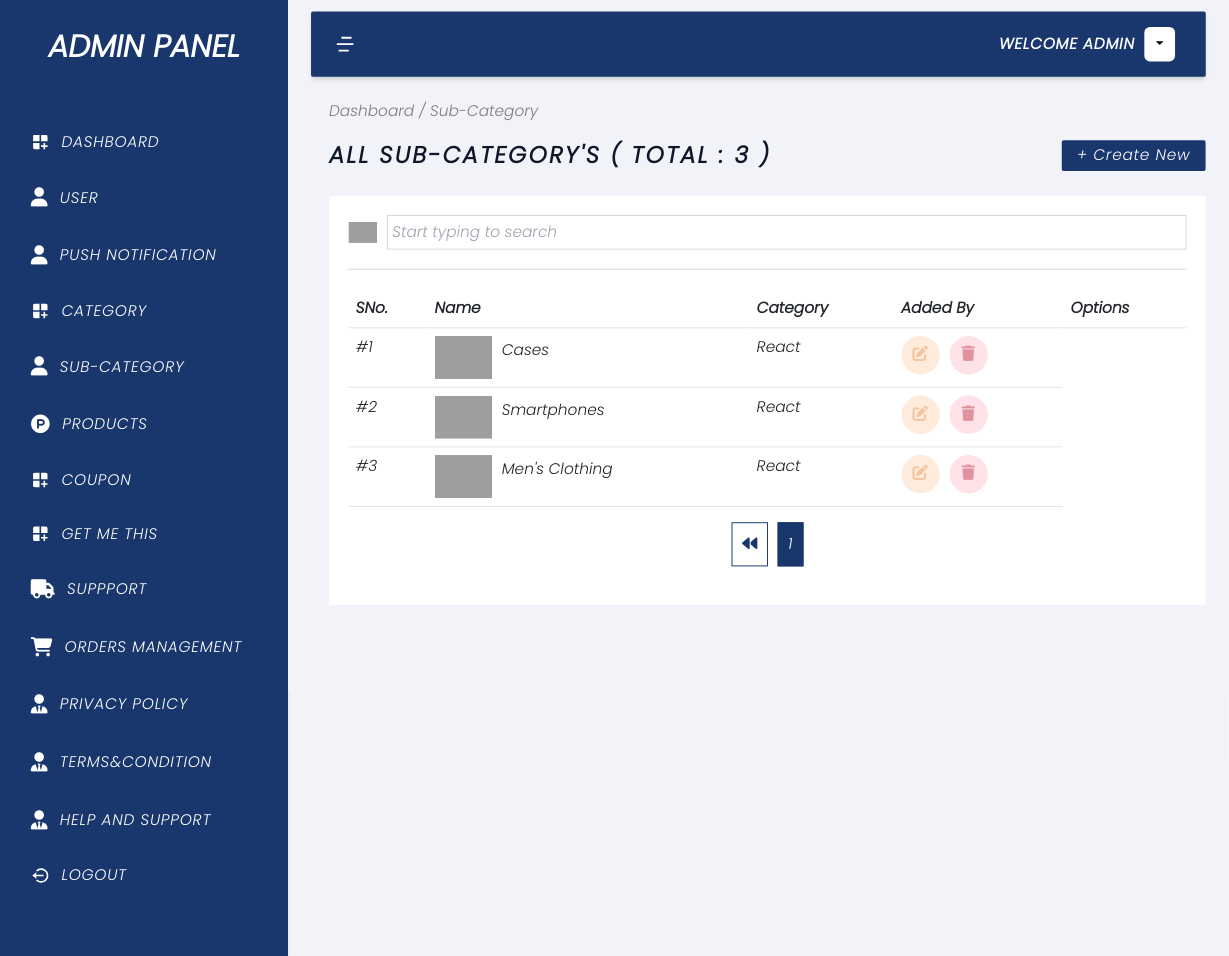
Repository: arpanmalik/project-khanna
Page: /sub-category
The author's editor kept a copy of each file at every save. The page is drawn from the files as they stood at one save, then again after a run of saves.
The browser window is 1280 px wide. The pictures show the whole page, at 96% of full size.
Pictures or frames that could not be fetched are drawn as grey boxes. Some web libraries are served in a nearby version. The project was rebuilt for these pictures with package versions that can differ from the ones it lists, and the page was loaded fresh each time. Also part of the build but not shown: src/E-CommerceAdmin/forms/Login.jsx, src/E-CommerceAdmin/pages/Dashboard.jsx, src/E-CommerceAdmin/pages/ECategory.js, src/E-CommerceAdmin/pages/EProduct.js, src/E-CommerceAdmin/pages/EVendorList.js, src/E-CommerceAdmin/pages/EAdminOrders.js, src/E-CommerceAdmin/pages/EAdminProduct.js, src/E-CommerceAdmin/pages/EAdminDelivery.js and 11 more. Imported but missing from the stored project, and not drawn on this page: src/E-CommerceAdmin/pages/Component/SpinnerComp, src/E-CommerceVendor/forms/EVendorLogin, src/E-CommerceVendor/pages/EVCategory, src/E-CommerceVendor/pages/EVCoupon, src/E-CommerceVendor/pages/EVDashboard, src/E-CommerceVendor/pages/EVOrders, src/E-CommerceVendor/pages/EVProduct, src/E-CommerceVendor/pages/EVSubCategory.

Above is the page before, as saved 2023-05-16 15:50:01.

### public/index.html
<!-- @format -->

<!DOCTYPE html>
<html lang="en">
  <head>
    <meta charset="utf-8" />
    <meta name="viewport" content="width=device-width, initial-scale=1" />
    <meta name="theme-color" content="#000000" />
    <meta
      name="description"
      content="Web site created using create-react-app"
    />
    <link rel="manifest" href="%PUBLIC_URL%/manifest.json" />
    <link rel="preconnect" href="https://fonts.googleapis.com">
<link rel="preconnect" href="https://fonts.gstatic.com" crossorigin>
<link href="https://fonts.googleapis.com/css2?family=Roboto+Mono:ital,wght@1,300&display=swap" rel="stylesheet">
    <title>Admin Panel</title>
  </head>
  <body>
    <noscript>You need to enable JavaScript to run this app.</noscript>
    <div id="root"></div>
    <script src="https://code.jquery.com/jquery-3.6.0.min.js"></script>
    <script src="https://kit.fontawesome.com/b533b351e4.js" crossorigin="anonymous"></script>
  </body>
</html>

### src/E-CommerceAdmin/pages/EAdminCustomer.js
/** @format */

import React, { useEffect, useState } from "react";
import HOC from "../layout/HOC";
import { Table, Modal, Form, Button, Alert } from "react-bootstrap";

const EAdminCustomer = () => {
  const [modalShow, setModalShow] = React.useState(false);
  const [edit, setEdit] = useState("");

  const data = [
    {
      name: "Cases ",
      image: "https://m.media-amazon.com/images/I/51UhwaQXCpL._SX679_.jpg",
      added: "React",
      category : ""
    },
    {
      name: "Smartphones",
      image:
        "https://m.media-amazon.com/images/I/31wacBawB3L._SY445_SX342_QL70_FMwebp_.jpg",
      added: "React",
    },
    {
      name: "Men's Clothing",
      image: "https://m.media-amazon.com/images/I/71MAg1Iuy6L._UX466_.jpg",
      added: "React",
    },
  ];
  // Pagination and Filter
  const [query, setQuery] = useState("");
  const [currentPage2, setCurrentPage2] = useState(1);
  const [postPerPage2] = useState(10);
  const lastPostIndex2 = currentPage2 * postPerPage2;
  const firstPostIndex2 = lastPostIndex2 - postPerPage2;

  let pages2 = [];

  const TotolData = query
    ? data?.filter(
        (i) =>
          i?.name?.toLowerCase().includes(query?.toLowerCase()) ||
          i?.email?.toLowerCase().includes(query?.toLowerCase())
      )
    : data;

  useEffect(() => {
    if (query) {
      setCurrentPage2(1);
    }
  }, [query]);

  const slicedData = TotolData?.slice(firstPostIndex2, lastPostIndex2);

  for (let i = 1; i <= Math.ceil(TotolData?.length / postPerPage2); i++) {
    pages2.push(i);
  }

  function Next() {
    setCurrentPage2(currentPage2 + 1);
  }

  function Prev() {
    if (currentPage2 !== 1) {
      setCurrentPage2(currentPage2 - 1);
    }
  }

  function MyVerticallyCenteredModal(props) {
    return (
      <Modal
        {...props}
        size="lg"
        aria-labelledby="contained-modal-title-vcenter"
        centered
      >
        <Modal.Header closeButton>
          <Modal.Title id="contained-modal-title-vcenter">
            {" "}
            {edit ? "Edit Category" : " Create New Category"}
          </Modal.Title>
        </Modal.Header>
        <Modal.Body>
          <Form>
            <Form.Group className="mb-3">
              <Form.Label>Image</Form.Label>
              <Form.Control type="file" required />
            </Form.Group>
            <Form.Group className="mb-3">
              <Form.Label>Name</Form.Label>
              <Form.Control type="text" required />
            </Form.Group>

            <Button
              style={{ backgroundColor: "#19376d", borderRadius: "0" }}
              type="submit"
            >
              Submit
            </Button>
          </Form>
        </Modal.Body>
      </Modal>
    );
  }

  return (
    <>
      <MyVerticallyCenteredModal
        show={modalShow}
        onHide={() => setModalShow(false)}
      />

      <section>
        <p className="headP">Dashboard / Sub-Category</p>
        <div
          className="pb-4   w-full flex justify-between items-center"
          style={{ width: "98%", marginLeft: "2%" }}
        >
          <span
            className="tracking-widest text-slate-900 font-semibold uppercase"
            style={{ fontSize: "1.5rem" }}
          >
            All Sub-Category's ( Total : {data?.length} )
          </span>
          <button
            onClick={() => {
              setEdit(false);
              setModalShow(true);
            }}
            className="md:py-2 px-3 md:px-4 py-1 rounded-sm bg-[#19376d] text-white tracking-wider"
          >
            + Create New
          </button>
        </div>

        <section className="sectionCont">
          {data?.length === 0 || !data ? (
            <Alert>Sub-Categories Not Found</Alert>
          ) : (
            <>
              <div className="filterBox">
                <img
                  src="https://t4.ftcdn.net/jpg/01/41/97/61/360_F_141976137_kQrdYIvfn3e0RT1EWbZOmQciOKLMgCwG.jpg"
                  alt=""
                />
                <input
                  type="search"
                  placeholder="Start typing to search"
                  onChange={(e) => setQuery(e.target.value)}
                />
              </div>

              <div className="overFlowCont">
                <Table>
                  <thead>
                    <tr>
                      <th>SNo.</th>
                      <th>Name</th>
                      <th>Category</th>
                      <th>Added By</th>
                      <th>Options</th>
                    </tr>
                  </thead>
                  <tbody>
                    {slicedData?.map((i, index) => (
                      <tr key={index}>
                        <td>#{index + 1} </td>
                        <td>
                          <span className="flexCont">
                            <img src={i.image} alt="" />
                            <p> {i.name} </p>
                          </span>
                        </td>
                        <td>{i.added} </td>
                        <td>
                          {" "}
                          <span className="flexCont">
                            <i
                              className="fa-solid fa-pen-to-square "
                              onClick={() => {
                                setEdit(true);
                                setModalShow(true);
                              }}
                            ></i>
                            <i className="fa-sharp fa-solid fa-trash"></i>
                          </span>
                        </td>
                      </tr>
                    ))}
                  </tbody>
                </Table>

                <div className="pagination">
                  <button onClick={() => Prev()} className="prevBtn">
                    <i className="fa-solid fa-backward"></i>
                  </button>
                  {currentPage2 === 1 ? (
                    ""
                  ) : (
                    <button onClick={() => setCurrentPage2(1)}>1</button>
                  )}

                  {pages2
                    ?.slice(currentPage2 - 1, currentPage2 + 3)
                    .map((i, index) =>
                      i === pages2?.length ? (
                        ""
                      ) : (
                        <button
                          key={index}
                          onClick={() => setCurrentPage2(i)}
                          className={currentPage2 === i ? "activePage" : ""}
                        >
                          {" "}
                          {i}{" "}
                        </button>
                      )
                    )}

                  <button
                    onClick={() => setCurrentPage2(pages2?.length)}
                    className={
                      currentPage2 === pages2?.length ? "activePage" : ""
                    }
                  >
                    {" "}
                    {pages2?.length}{" "}
                  </button>

                  {currentPage2 === pages2?.length ? (
                    ""
                  ) : (
                    <button onClick={() => Next()} className="nextBtn">
                      {" "}
                      <i className="fa-sharp fa-solid fa-forward"></i>
                    </button>
                  )}
                </div>
              </div>
            </>
          )}
        </section>
      </section>
    </>
  );
};

export default HOC(EAdminCustomer);

### src/E-CommerceAdmin/layout/HOC.jsx
/** @format */

import React, { useState } from "react";
import Navbar from "./Navbar";
import Sidebar from "./Sidebar";

const HOC = (Wcomponenet) => {
  return function Component() {
    const [hamb, setHamb] = useState(false);
    return (
      <>
        <section
          className="flex overflow-x-hidden relative "
          style={{ backgroundColor: "#f2f3f8" }}
        >
          {/* Sidebar */}
          <div
            className={
              hamb
                ? " absolute top-0 z-30 md:w-auto shadow-md bg-slate-200  w-60 transition-all md:-left-full left duration-150  h-auto overflow-y-auto  left-0 "
                : " md:w-72 z-30 bg-slate-200  shadow-md  md:static absolute top-0 -left-full   transition-all duration-150  overflow-y-auto h-auto"
            }
            style={{ minWidth: "300px" }}
          >
            <Sidebar hamb={hamb} setHamb={setHamb} />
          </div>
          {/* Components & Navbar */}
          <div
            className={
              hamb
                ? " transition-all px-4 py-2  duration-150 w-full h-screen"
                : " w-full h-screen  px-4 py-2   z-50 transition-all duration-150 "
            }
            style={{ backgroundColor: "#f2f3f8" }}
          >
            <Navbar hamb={hamb} setHamb={setHamb} />
            <div className="my-6 text-#000 h-[87%] wcomp overflow-y-auto">
              {" "}
              <Wcomponenet />
            </div>
          </div>
        </section>
      </>
    );
  };
};

export default HOC;

### src/E-CommerceAdmin/layout/Navbar.jsx
/** @format */
import { RiMenu4Line } from "react-icons/ri";
import Dropdown from "react-bootstrap/Dropdown";
import { UpdateProfile } from "../../Modals";
import { useState } from "react";
import { useNavigate } from "react-router-dom";
import { toast } from "react-toastify";

const Navbar = ({ hamb, setHamb }) => {
  const [modalShow, setModalShow] = useState(false);
  const navigate = useNavigate();

  function LogOut () {
    navigate('/')
    toast.success("Logged Out")
  }

  return (
    <>
      <UpdateProfile show={modalShow} onHide={() => setModalShow(false)} />
      <div
        className={
          hamb
            ? "flex  w-full justify-between  my-1 rounded-sm  p-4 py-3 shadow-md items-center  bg-slate-200 space-x-4"
            : "flex  w-full justify-between my-1 rounded-sm  p-4 py-3 shadow-md items-center  bg-slate-200 space-x-4"
        }
        style={{ backgroundColor: "#19376d" }}
      >
        <RiMenu4Line
          onClick={() => setHamb(!hamb)}
          className="text-2xl font-bold text-gray-900 hover:scale-90 cursor-pointer"
          style={{ color: "#fff" }}
        />

        <section className="flex sm:ml-auto justify-end sm:w-full items-center space-x-2  pr-2">
          <figcaption
            className="tracking-wider pl-1 font-semibold d-flex"
            style={{ gap: "10px", alignItems: "center" }}
          >
            <div
              className="lg:text-base text-sm text-gray-900  uppercase"
              style={{ color: "#fff" }}
            >
              Welcome Admin
            </div>
            <Dropdown>
              <Dropdown.Toggle id="dropdown-basic"></Dropdown.Toggle>

              <Dropdown.Menu>
                <Dropdown.Item onClick={() => setModalShow(true)}>
                  Update Profile <i className="fa-solid fa-user"></i>{" "}
                </Dropdown.Item>
                <Dropdown.Item onClick={() => LogOut()} >
                  Logout <i className="fa-solid fa-right-from-bracket"></i>{" "}
                </Dropdown.Item>
              </Dropdown.Menu>
            </Dropdown>
          </figcaption>
        </section>
      </div>
    </>
  );
};

export default Navbar;

### src/E-CommerceAdmin/layout/Sidebar.jsx
/** @format */

import React from "react";
import { RiCloseLine } from "react-icons/ri";
import { Link, useNavigate } from "react-router-dom";
import { BiLogOutCircle } from "react-icons/bi";
import { MdDashboardCustomize } from "react-icons/md";

const Sidebar = ({ hamb, setHamb }) => {
  const navigate = useNavigate();

  const nav = [
    {
      icon: <MdDashboardCustomize className="text-xl mr-3 rounded-full " />,
      link: "/dashboard ",
      name: "Dashboard",
    },
    {
      icon: <i className="fa-solid fa-user text-xl mr-3 rounded-full"></i>,
      link: "/Admin",
      name: "User",
    },
    {
      icon: <i className="fa-solid fa-user text-xl mr-3 rounded-full"></i>,
      link: "/pushNotification",
      name: "Push Notification",
    },  {
      icon: <MdDashboardCustomize className="text-xl mr-3 rounded-full " />,
      link: "/Category",
      name: "Category",
    },

    {
      icon: <i className="fa-solid fa-user text-xl mr-3 rounded-full"></i>,
      link: "/sub-category",
      name: "Sub-Category",
    },


    {
      icon: (
        <i className="fa-brands fa-product-hunt text-xl mr-3 rounded-full"></i>
      ),
      link: "/Product",
      name: "Products",
    },





    {
      icon: <MdDashboardCustomize className="text-xl mr-3 rounded-full " />,
      link: "/coupon",
      name: "Coupon",
    },
    {
      icon: <MdDashboardCustomize className="text-xl mr-3 rounded-full " />,
      link: "/getMeThis",
      name: "Get Me This",
    },
    {
      icon: <i className="fa-solid fa-truck  text-xl mr-3 rounded-full"></i>,
      link: "/Support",
      name: "Suppport",
    },
    {
      icon: (
        <i className="fa-solid fa-cart-shopping text-xl mr-3 rounded-full"></i>
      ),
      link: "/Orders",
      name: "Orders Management",
    },

    {
      icon: <i className="fa-solid fa-user-tie text-xl mr-3 rounded-full"></i>,
      link: "/privacy",
      name: "Privacy Policy",
    },
    {
      icon: <i className="fa-solid fa-user-tie text-xl mr-3 rounded-full"></i>,
      link: "/terms",
      name: "Terms&Condition",
    },
    // {
    //   icon: <i className="fa-solid fa-user-tie text-xl mr-3 rounded-full"></i>,
    //   link: "/helpSupport",
    //   name: "Help and Support",
    // },
    {
      icon: <i className="fa-solid fa-user-tie text-xl mr-3 rounded-full"></i>,
      link: "/complaints",
      name: "Help and Support",
    },
  ];

  const logOut = () => {
    localStorage.clear()
    navigate("/");
  };

  return (
    <>
      <aside
        className="p-4 h-auto"
        style={{ backgroundColor: "#19376d", minHeight: "100vh" }}
      >
        {/* Top */}
        <div className="w-full md:hidden relative  p-2 mb-4">
          <RiCloseLine
            onClick={() => setHamb(!hamb)}
            className="text-3xl  absolute top-2 sm:hover:rotate-[228deg] transition-transform font-bold right-2 sm:hover:text-[22px] text-[rgb(241,146,46)] cursor-pointer"
          />
        </div>{" "}
        <figure className="flex  flex-col items-center">
          <span
            className="font-bold text-[#fff]"
            style={{
              fontSize: "2rem",
              textAlign: "center",
              textTransform: "uppercase",
            }}
          >
            {" "}
            ADMIN PANEL
          </span>
        </figure>
        <nav className="py-6">
          {nav.map((nav) => {
            return (
              <Link
                to={nav.link}
                key={nav.name}
                className=""
                style={{ textDecoration: "none", textTransform: "uppercase" }}
              >
                <span
                  className="flex my-3 items-center cursor-pointer text-gray-900    tracking-wider p-2 rounded-sm"
                  style={{ color: "#FFF" }}
                >
                  {nav.icon} {nav.name}
                </span>
              </Link>
            );
          })}
          <span
            className="flex my-3 items-center cursor-pointer text-gray-900    tracking-wider p-2 rounded-sm"
            onClick={() => logOut()}
            style={{ color: "#FFF", textTransform: "uppercase" }}
          >
            <BiLogOutCircle className="text-xl mr-3 rounded-full " /> LogOut
          </span>
        </nav>
      </aside>
    </>
  );
};

export default Sidebar;

Loaded but not shown: tailwind.config.js (common file); src/App.js (92 lines, source omitted); src/Modals.js (41 lines, source omitted); src/index.js (15 lines, source omitted); src/index.css (504 lines, source omitted)

After the next 4 saves:
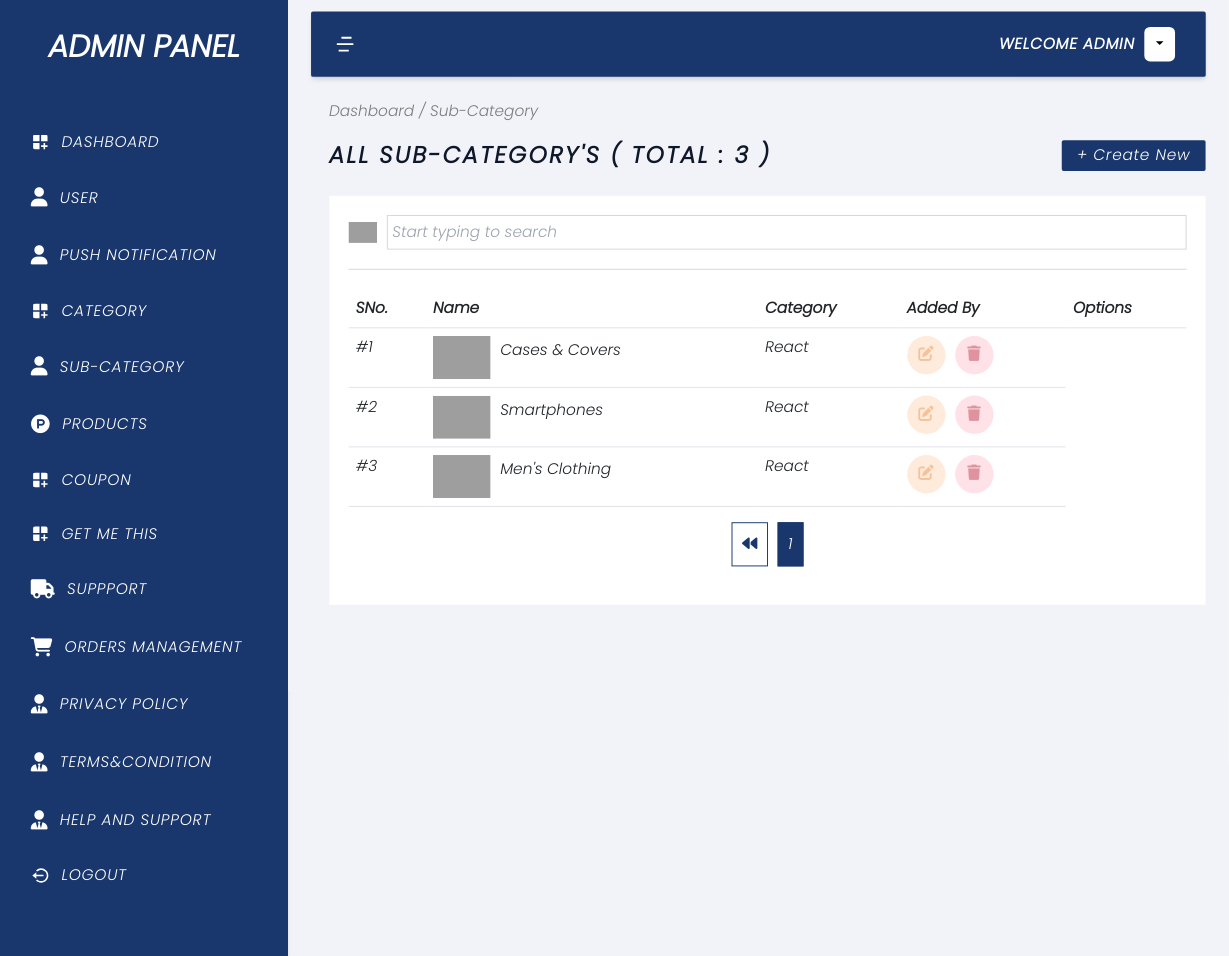
The 4 saves are shown as one change because they came seconds apart.
The last was saved 11 s later.
--- a/src/E-CommerceAdmin/pages/EAdminCustomer.js
+++ b/src/E-CommerceAdmin/pages/EAdminCustomer.js
@@ -10,7 +10,7 @@ const EAdminCustomer = () => {
 
   const data = [
     {
-      name: "Cases ",
+      name: "Cases & Covers",
       image: "https://m.media-amazon.com/images/I/51UhwaQXCpL._SX679_.jpg",
       added: "React",
       category : ""
